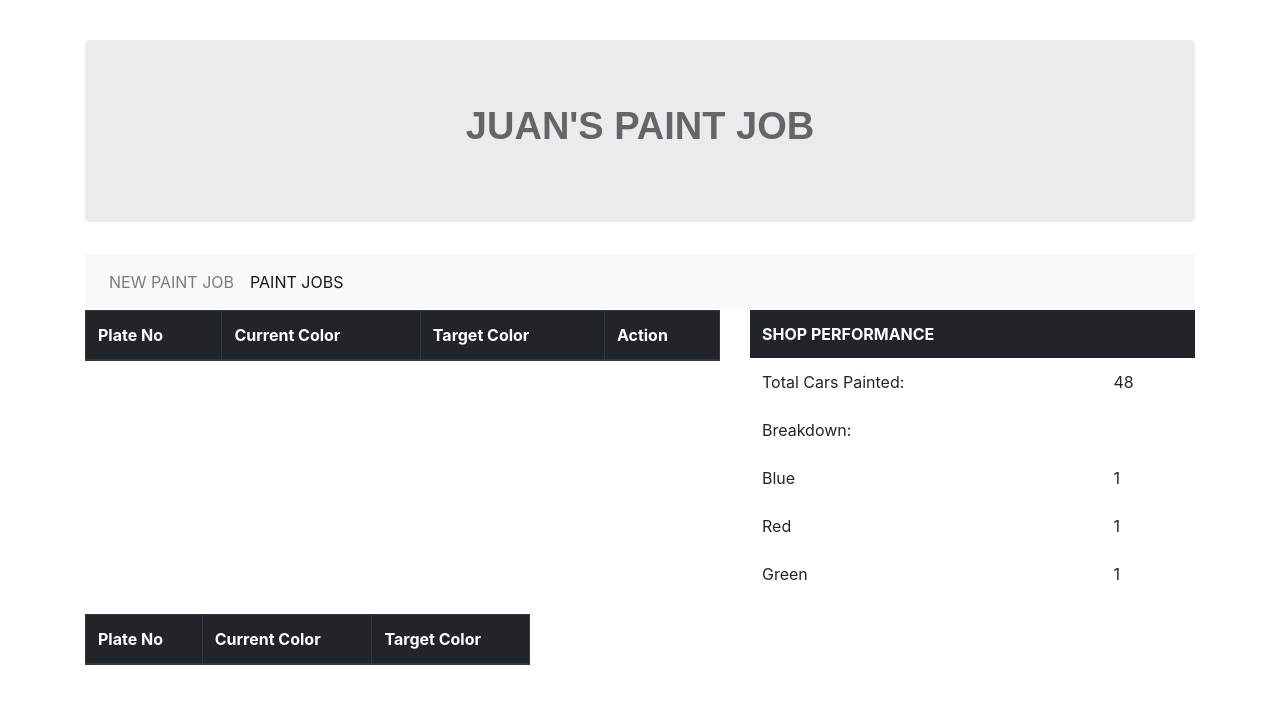
Repository: soycaringal/paint-job
Page: http://localhost/jobs
The author's editor kept a copy of each file at every save. The page is drawn from the files as they stood at one save, then again after the next save.
The browser window is 1280 px wide. The pictures show the whole page.
The page is served by the project's Laravel application, run on PHP 8.4 with Laravel 8. Queries for data that is not in the repository find no rows.

Above is the page before, as saved 2020-02-22 23:26:06.

After the next save:
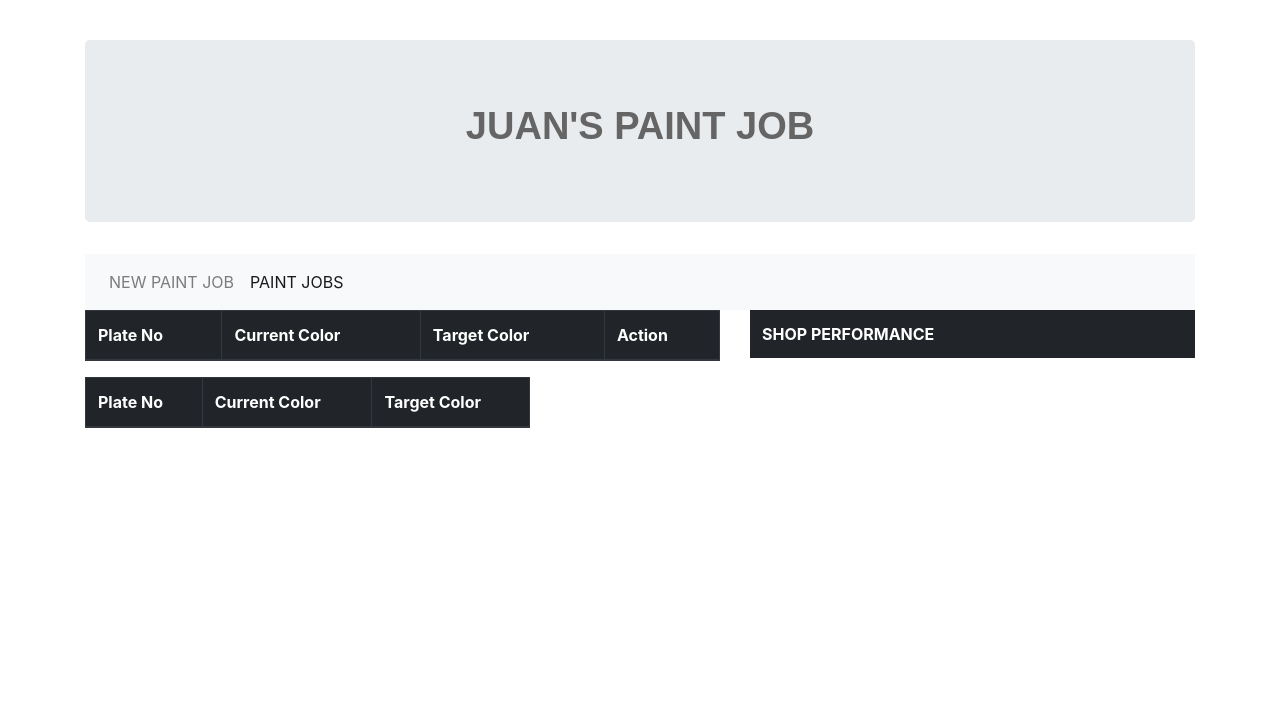
Console error: SyntaxError: Invalid or unexpected token
Saved 70 s later.
--- a/resources/views/jobs.blade.php
+++ b/resources/views/jobs.blade.php
@@ -29,25 +29,7 @@
                     </tr>
                 </thead>
                 <tbody class="car-performance">
-                   <tr>
-                       <td>Total Cars Painted:</td>
-                       <td>48</td>
-                   </tr>
-                   <tr>
-                       <td colspan="2">Breakdown:</td>
-                   </tr>
-                   <tr>
-                       <td>Blue</td>
-                       <td>1</td>
-                   </tr>
-                   <tr>
-                       <td>Red</td>
-                       <td>1</td>
-                   </tr>
-                   <tr>
-                       <td>Green</td>
-                       <td>1</td>
-                   </tr>
+
                 </tbody>
             </table>
         </div>
@@ -102,6 +84,43 @@
         $('.car-in-progress').html(result);
     }
 
+    function templatePending(cars) {
+        let template = '\
+        <tr> \
+            <td>Total Cars Painted:</td> \
+            <td>48</td> \
+        </tr> \
+        <tr> \
+            <td colspan="2">Breakdown:</td> \
+        </tr> \
+        <tr> \
+            <td>Blue</td> \
+            <td>1</td> \
+        </tr> \
+        <tr> \
+            <td>Red</td> \
+            <td>1</td> \
+        </tr> \
+        <tr> \
+            <td>Green</td> \
+            <td>1</td> \
+        </tr>';
+
+        let result = '';
+        cars.forEach(car => {
+            const action = '<a onclick="updateStatus(' + car.id + ')" href="javascript:void(0)">Mark as Completed</>'
+            let row =  template
+                .replace('{PLATE_NO}', car.plate_no)
+                .replace('{CURRENT_COLOR}', car.current_color)
+                .replace('{TARGET_COLOR}', car.target_color)
+                .replace('{ACTION}', action)
+
+            result += row;
+        });
+
+        $('.car-in-progress').html(result);
+    }
+
     function updateStatus(id) {
         $.post('/api/car', {id: id})
         .then((res) => {
